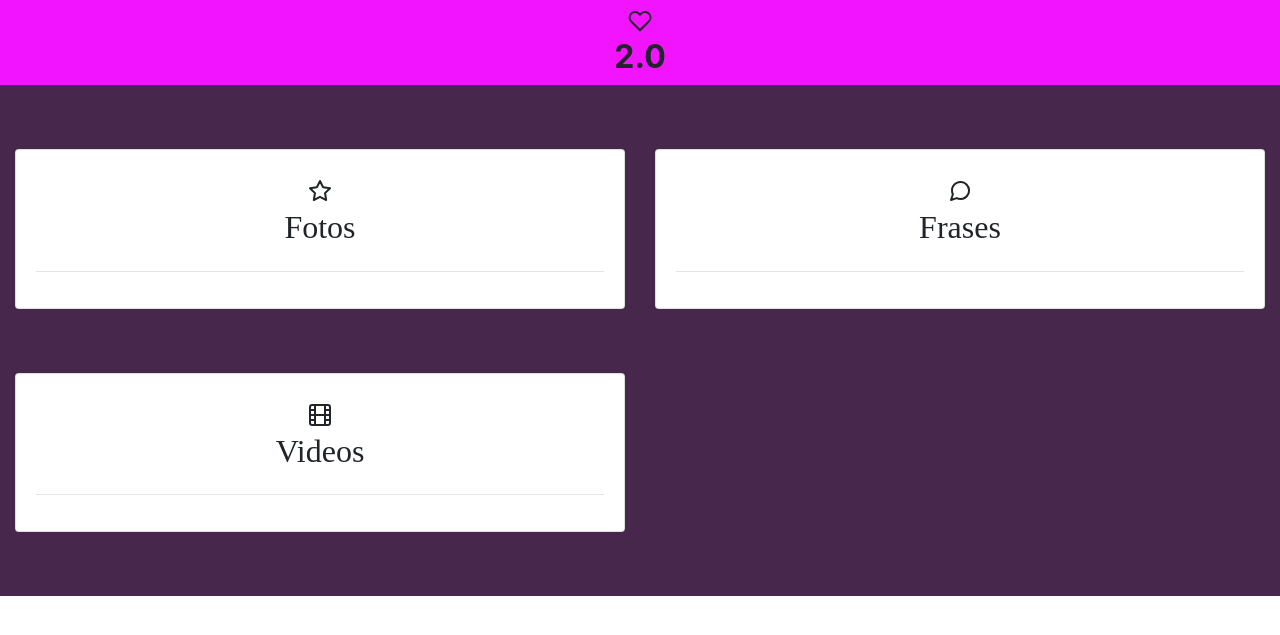
Repository: MeuAmor/meuamor.github.io
Page: index.html
An editor plug-in stored every save of this project. The page is shown before and after the next save, followed by the edit.
The browser window is 1280 px wide. The pictures show the whole page.

Above is the page before, as saved 2019-08-21 23:31:50.

After the next save:
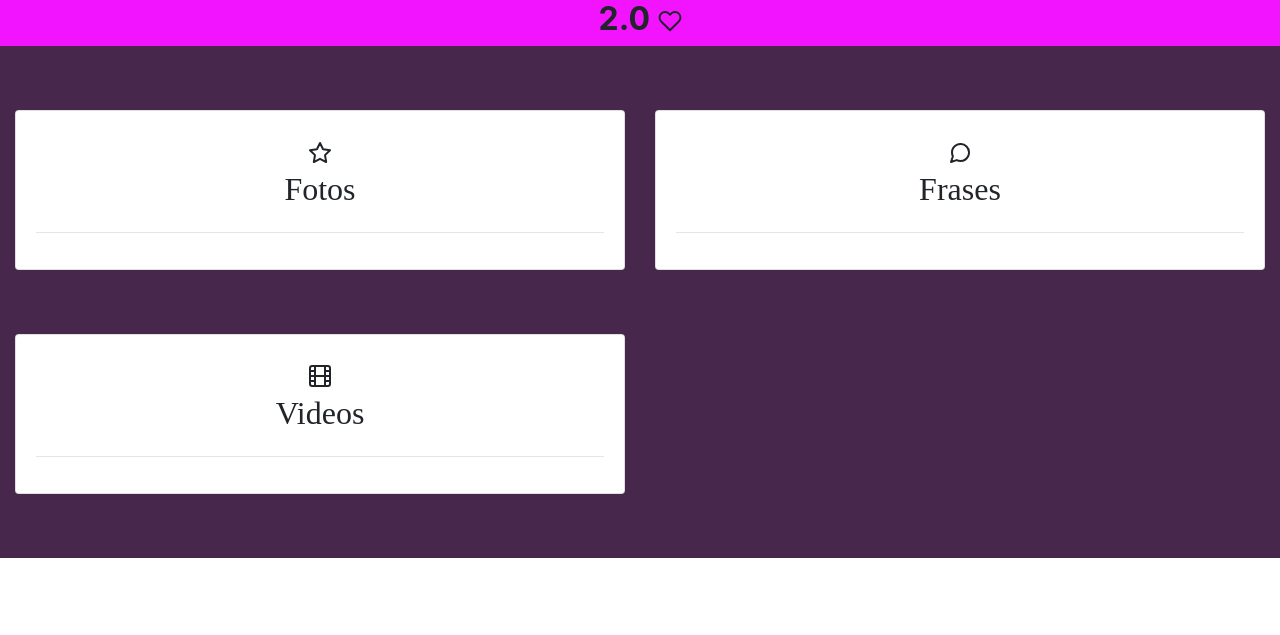
Saved 10 s later.
--- a/index.html
+++ b/index.html
@@ -25,14 +25,14 @@
 			<h2>
                 <div class="text-center">
 
-                    <svg xmlns="http://www.w3.org/2000/svg" width="24" height="24" viewBox="0 0 24 24" fill="none" stroke="currentColor"
-                            stroke-width="2" stroke-linecap="round" stroke-linejoin="round" class="feather feather-heart">
-                        <path d="M20.84 4.61a5.5 5.5 0 0 0-7.78 0L12 5.67l-1.06-1.06a5.5 5.5 0 0 0-7.78 7.78l1.06 1.06L12 21.23l7.78-7.78 1.06-1.06a5.5 5.5 0 0 0 0-7.78z"/>
-                    </svg>
+
                 </div>
                 <div class="text-center" >
 
-                    <b>2.0 </b>
+                    <b>2.0  <svg xmlns="http://www.w3.org/2000/svg" width="24" height="24" viewBox="0 0 24 24" fill="none" stroke="currentColor"
+                        stroke-width="2" stroke-linecap="round" stroke-linejoin="round" class="feather feather-heart">
+                    <path d="M20.84 4.61a5.5 5.5 0 0 0-7.78 0L12 5.67l-1.06-1.06a5.5 5.5 0 0 0-7.78 7.78l1.06 1.06L12 21.23l7.78-7.78 1.06-1.06a5.5 5.5 0 0 0 0-7.78z"/>
+                </svg></b>
                 </div>
             </h2>
 		</div>
